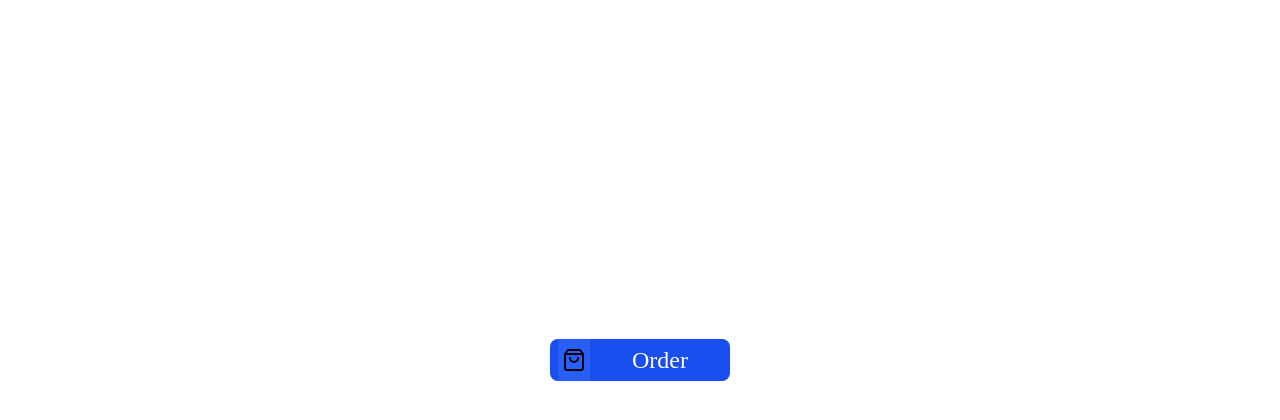
Repository: hjubsoni/hex-ocean-task
Page: /
These files come from the project's save history. The page is drawn as it stood at one moment and after the next save; the edit follows.
The browser window is 1280 px wide. The pictures show the whole page.
The project was rebuilt for these pictures with package versions that can differ from the ones it lists, and the page was loaded fresh each time. Also part of the build but not shown: vite.config.ts.

Above is the page before, as saved 2023-03-20 21:40:11.

### index.html
<!DOCTYPE html>
<html lang="en">
  <head>
    <meta charset="UTF-8" />
    <link rel="icon" type="image/svg+xml" href="/vite.svg" />
    <meta
      name="viewport"
      content="width=device-width, initial-scale=1.0"
    />
    <title>Vite + React + TS</title>
  </head>
  <body>
    <div id="root"></div>
    <script type="module" src="/src/main.tsx"></script>
  </body>
</html>

### src/App.tsx
import './App.css';
import { ShoppingBag } from 'react-feather';

function App() {
  return (
    <div className="wrapper">
      <button className="order-button">
        <div className="icon-wrapper">
          <ShoppingBag />
        </div>
        <span className="order-button-text">Order</span>
      </button>
    </div>
  );
}

export default App;

### src/index.css
*,
*::before,
*::after {
  box-sizing: border-box;
}

* {
  margin: 0;
}

html,
body,
#root {
  height: 100%;
}

body {
  line-height: 1.5;
  -webkit-font-smoothing: antialiased;
}

img,
picture,
video,
canvas,
svg {
  display: block;
  max-width: 100%;
}

input,
button,
textarea,
select {
  font: inherit;
}

p,
h1,
h2,
h3,
h4,
h5,
h6 {
  overflow-wrap: break-word;
}

#root,
#__next {
  isolation: isolate;
}

### src/App.css
.wrapper {
  height: 100%;
  display: flex;
  justify-content: center;
  align-items: center;
}

.order-button {
  display: flex;
  width: 180px;
  height: 2.625rem;
  align-items: center;
  padding: 4px 8px;
  gap: 8px;
  border-radius: 8px;
  background: #184fee;
  cursor: pointer;
  border: none;
}

.order-button-text {
  font-size: 1.5rem;
  color: white;
  margin-left: auto;
  margin-right: auto;
}

.icon-wrapper {
  background-color: #275efe;
  animation-duration: 2s;
  position: relative;
  height: 2.625rem;
  width: 2rem;
  display: flex;
  align-items: center;
  justify-content: center;
}

.order-button:hover > .icon-wrapper {
  animation-name: bounce;
  animation-timing-function: cubic-bezier(0.28, 0.84, 0.42, 1);
}
@keyframes bounce {
  0% {
    transform: scale(1, 1) translateY(0);
  }
  10% {
    transform: scale(1.1, 0.9) translateY(0);
  }
  30% {
    transform: scale(0.9, 1.1) translateY(-7px);
  }
  50% {
    transform: scale(1.05, 0.95) translateY(0);
  }
  57% {
    transform: scale(1, 1) translateY(-2px);
  }
  64% {
    transform: scale(1, 1) translateY(0);
  }
  100% {
    transform: scale(1, 1) translateY(0);
  }
}

Loaded but not shown: src/main.tsx (common file)

After the next save:
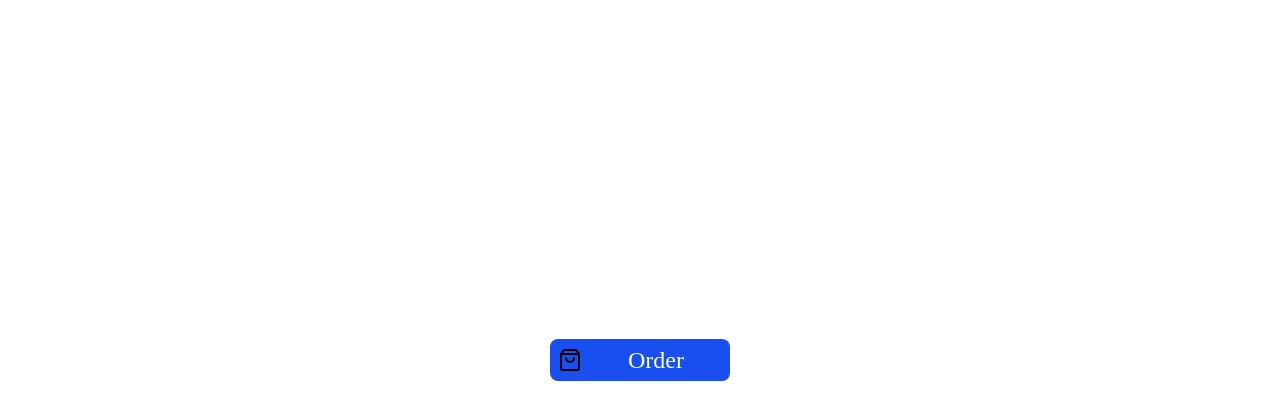
Saved 8 s later.
--- a/src/App.css
+++ b/src/App.css
@@ -26,14 +26,7 @@
 }
 
 .icon-wrapper {
-  background-color: #275efe;
   animation-duration: 2s;
-  position: relative;
-  height: 2.625rem;
-  width: 2rem;
-  display: flex;
-  align-items: center;
-  justify-content: center;
 }
 
 .order-button:hover > .icon-wrapper {
